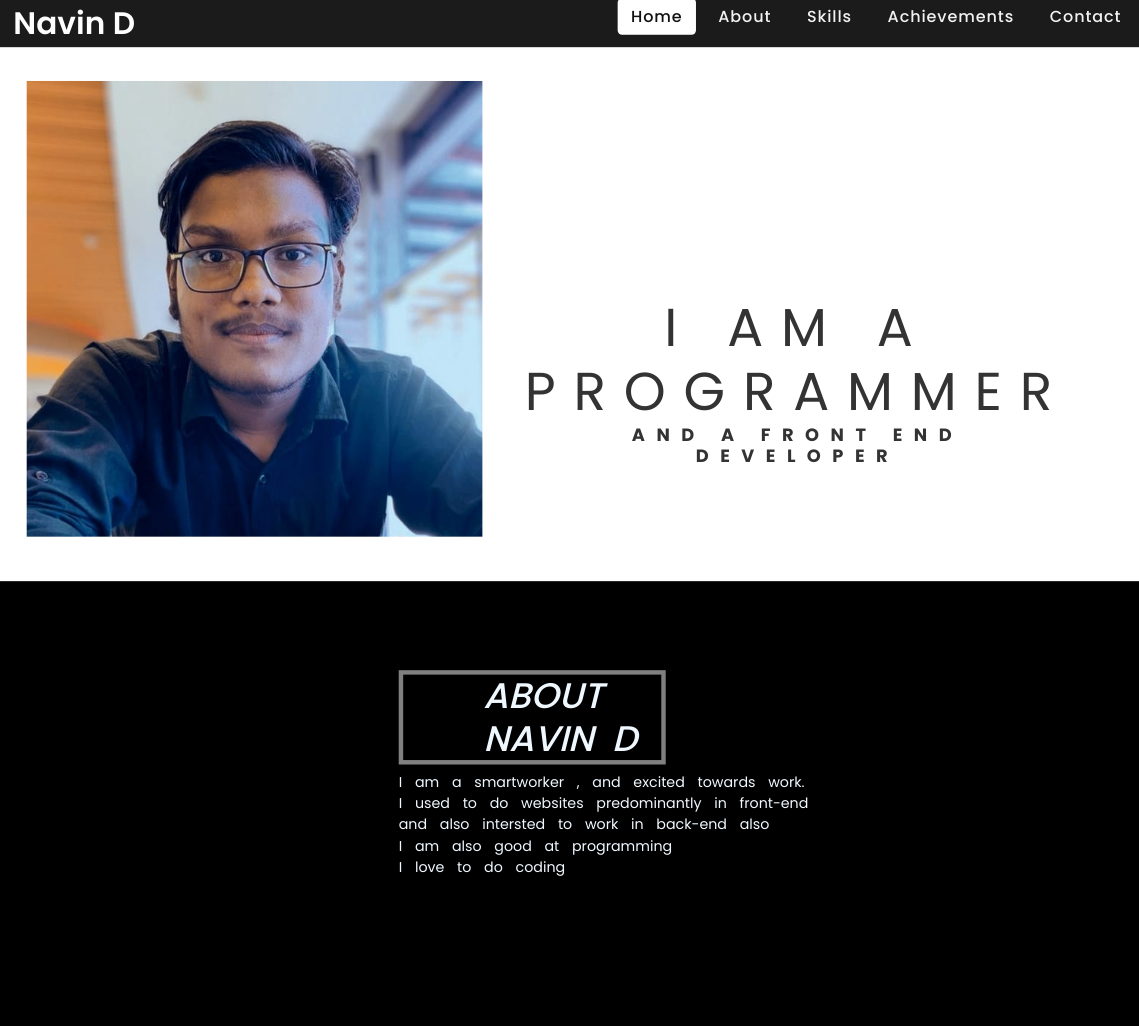
Repository: NavinDayanithi/OIBSIP
Page: Portfolio/index.html
An editor plug-in stored every save of this project. The page is shown before and after a run of saves, followed by the edit.
The browser window is 1280 px wide. The pictures show the whole page, at 89% of full size.

Above is the page before, as saved 2023-02-20 19:06:16.
Console error: TypeError: Cannot read properties of undefined (reading 'fn')

### Portfolio/index.html
<!DOCTYPE html>
<!-- Created By CodingNepal -->
<html lang="en" dir="ltr">
   <head>

      <meta charset="utf-8">
      <title>Navin's Portfolio</title>
      <script src="https://cdnjs.cloudflare.com/ajax/libs/OwlCarousel2/2.3.4/owl.carousel.min.js"></script>
      <script type="text/javascript" src="script.js"></script>
      <link rel="stylesheet" href="style.css">
      <link rel="stylesheet" href="https://cdnjs.cloudflare.com/ajax/libs/font-awesome/5.15.3/css/all.min.css"/>
      <meta name="viewport" content="width=device-width, initial-scale=1.0">
      <link href="https://cdn.jsdelivr.net/npm/bootstrap@5.3.0-alpha1/dist/css/bootstrap.min.css" rel="stylesheet" integrity="sha384-GLhlTQ8iRABdZLl6O3oVMWSktQOp6b7In1Zl3/Jr59b6EGGoI1aFkw7cmDA6j6gD" crossorigin="anonymous">
   </head>
   <body>
      <nav>
         <div class="logo">
            Navin D
         </div>
         <input type="checkbox" id="click">
         <label for="click" class="menu-btn">
         <i class="fas fa-bars"></i>
         </label>
         <ul>
            <li><a class="active" href="#">Home</a></li>
            <li><a href="#about">About</a></li>
            <li><a href="#skills">Skills</a></li>
            <li><a href="#">Achievements</a></li>
            <li><a href="#">Contact</a></li>
         </ul>
      </nav>
      <div >
        <img src="navinppimg.jpeg"  class="img1" alt="navinimg">
      </div>
      <div class="text-box">
        <h1 class="heading-primary">
         <span class="heading-primary-main">I am a Programmer</span>
          <span class="heading-primary-sub">and a front end developer</span>
         </h1>
   </div>
   <section class="about" id="about">
      <!-- <img class="about-img" src="https://embetronicx.com/wp-content/uploads/2017/08/background.jpg"  class="img1" alt="navinimg"> -->
      <div class="about-text">
         <h1> <i>ABOUT NAVIN D</i></h1>
         <p>  I am a smartworker , and excited towards work.<br/>
             I used to do websites predominantly in front-end <br/>
             and also intersted to work in back-end also<br/>
             I am also good at programming <br/>
             I love to do coding<br/>
      </p>
      </div>

    </body>
</section>
       </body>
</html>

### Portfolio/style.css
@import url('https://fonts.googleapis.com/css?family=Poppins:400,500,600,700&display=swap');
*{
  margin: 0;
  padding: 0;
  box-sizing: border-box;
  font-family: 'Poppins', sans-serif;
}
nav{
  display: flex;
  height: 100%;
  width: 100%;
  background: #1b1b1b;
  align-items: center;
  justify-content: space-between;
  /* padding: 0 50px 0 50px; */
  /* flex-wrap: wrap; */
}
nav .logo{
  color: #fff;
  font-size: 35px;
  font-weight: 600;
  margin-left: 15px;
}
nav ul{
  display: flex;
  flex-wrap: wrap;
  list-style: none;
}
nav ul li{
  margin: 0 5px;
}
nav ul li a{
  color: #f2f2f2;
  text-decoration: none;
  font-size: 18px;
  font-weight: 500;
  padding: 8px 15px;
  border-radius: 5px;
  letter-spacing: 1px;
  transition: all 0.3s ease;
}
nav ul li a.active,
nav ul li a:hover{
  color: #111;
  background: #fff;
}
nav .menu-btn i{
  color: #fff;
  font-size: 22px;
  cursor: pointer;
  display: none;
}
input[type="checkbox"]{
  display: none;
}
@media (max-width: 1000px){
  nav{
    padding: 0 40px 0 50px;
  }
}
@media (max-width: 920px) {
  nav .menu-btn i{
    display: block;
  }
  #click:checked ~ .menu-btn i:before{
    content: "\f00d";
  }
  nav ul{
    position: fixed;
    top: 80px;
    left: -100%;
    background: #111;
    height: 100vh;
    width: 100%;
    text-align: center;
    display: block;
    transition: all 0.3s ease;
  }
  #click:checked ~ ul{
    left: 0;
  }
  nav ul li{
    width: 100%;
    margin: 40px 0;
  }
  nav ul li a{
    width: 100%;
    margin-left: -100%;
    display: block;
    font-size: 20px;
    transition: 0.6s cubic-bezier(0.68, -0.55, 0.265, 1.55);
  }
  #click:checked ~ ul li a{
    margin-left: 0px;
  }
  nav ul li a.active,
  nav ul li a:hover{
    background: none;
    color: cyan;
  }
}
.content{
  position: absolute;
  top: 50%;
  left: 50%;
  transform: translate(-50%, -50%);
  text-align: center;
  z-index: -1;
  width: 100%;
  padding: 0 30px;
  color: #1b1b1b;
}
.content div{
  font-size: 40px;
  font-weight: 700;
}

.text-box {
    position: absolute;
    top: 60%;
    left: 70%;
    transform: translate(-50%, -50%);
    text-align:center;
  }

  .heading-primary {
      color:#333;
      text-transform: uppercase;
  }

  .heading-primary-main {
      display: block;
      font-size: 60px;
      font-weight: 400;
      letter-spacing: 20px;
     /*  Animation decalaration   */
      animation-name: moveInleft;
      animation-duration: 3s;
  }

  .heading-primary-sub {
      display: block;
      font-size: 20px;
      font-weight: 700;
      letter-spacing: 12.9px;

      animation-name: moveInRight;
      animation-duration: 3s;
  }

  @keyframes moveInleft {
      0% {
          opacity: 0;
          transform: translateX(-100px);
      }

      80% {
          transform: translateX(10px);
      }
      100% {
          opacity: 1;
          transform: translate(0);
      }
  }

  @keyframes moveInRight {
      0% {
          opacity: 0;
          transform: translateX(100px);
      }

      80% {
          transform: translateX(-10px);
      }

      100% {
          opacity: 1;
          transform: translate(0);
      }

  }
  .img1{
    margin-left: 30px;
     margin-top: 3%;
    display: block;
    height:40%;
    width:40%;


  }
  .a{
    float: left;
    /* display: inline; */
    width: 50%;


  }
  .b{
    /* display: inline; */
    float:right;
    width: 50%;
    margin-left: 50px;


  }
   .about{
    background-color: black;
    height: 500px;
    width: 100%;
    color: aliceblue;
    margin-top: 50px;

  }

 .about-text {
  padding-top: 100px;
   padding-left: 35%;
   word-spacing: 10px;
}
.about-text h1{
  padding-left:90px;
  border:5px solid gray;
  width: 300px;
}

Loaded but not shown: Portfolio/script.js (common file)

After the next 4 saves:
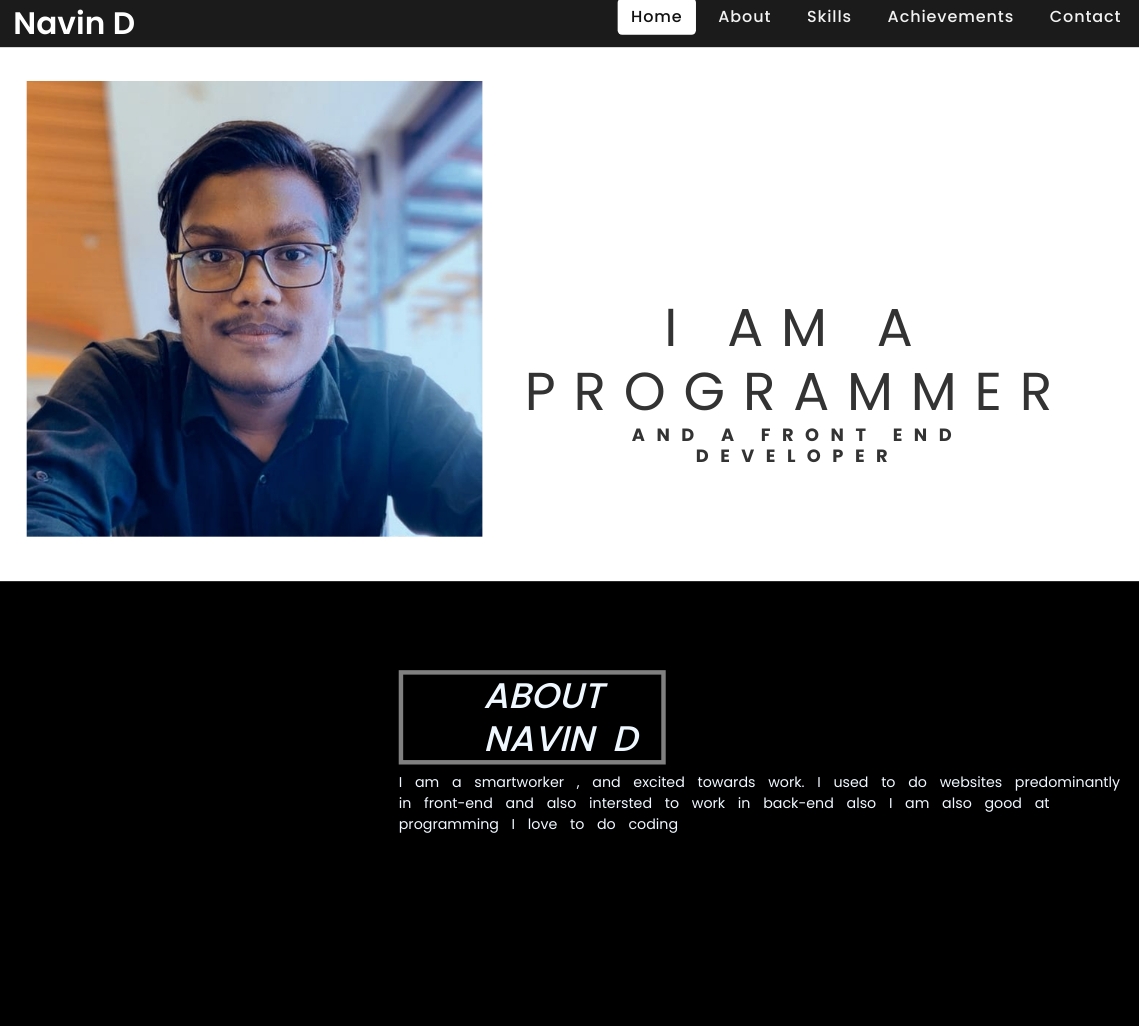
The 4 saves are shown as one change because they came seconds apart.
The last was saved 92 s later.
--- a/Portfolio/index.html
+++ b/Portfolio/index.html
@@ -42,10 +42,10 @@
       <!-- <img class="about-img" src="https://embetronicx.com/wp-content/uploads/2017/08/background.jpg"  class="img1" alt="navinimg"> -->
       <div class="about-text">
          <h1> <i>ABOUT NAVIN D</i></h1>
-         <p>  I am a smartworker , and excited towards work.<br/>
-             I used to do websites predominantly in front-end <br/>
-             and also intersted to work in back-end also<br/>
-             I am also good at programming <br/>
+         <p>  I am a smartworker , and excited towards work.
+             I used to do websites predominantly in front-end
+             and also intersted to work in back-end also
+             I am also good at programming
              I love to do coding<br/>
       </p>
       </div>
